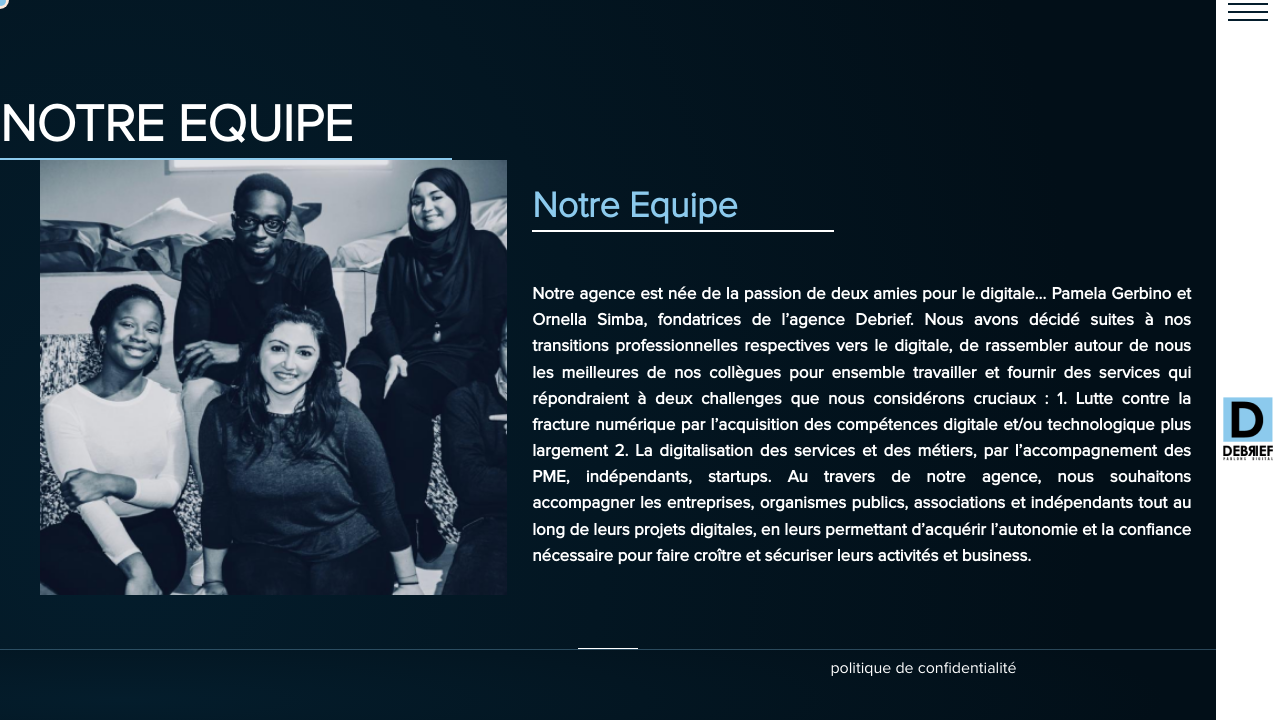
Repository: keloriane/debriefs
Page: /debriefs/a-propos
These files come from the project's save history. The page is drawn as it stood at one moment and after the next save; the edit follows.
The browser window is 1280 px wide. The pictures show the whole page.
The project was rebuilt for these pictures with package versions that can differ from the ones it lists, and the page was loaded fresh each time. Also part of the build but not shown: src/components/Title/Title.jsx, src/components/page/Contact/Contact.jsx, src/components/Nav/Nav.jsx, src/components/page/Home/Home.jsx, src/components/page/Service/Services.jsx, src/components/page/Service/ServiceDetails.jsx, src/components/page/Webinaire/Webinaires.jsx, src/components/page/Techspace/Techspace.jsx and 7 more. Imported but missing from the stored project, and not drawn on this page: src/assets/video/video.mp4.

Above is the page before, as saved 2020-07-28 13:52:33.

After the next save:
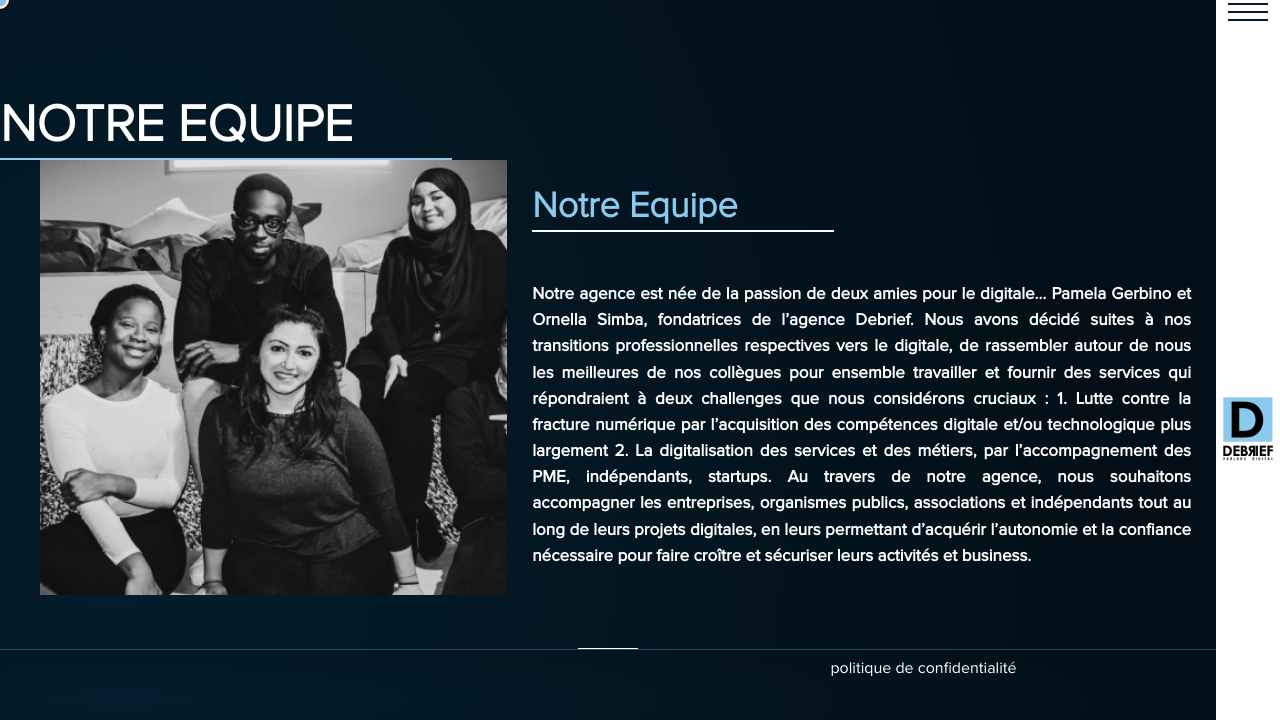
Saved 16 s later.
--- a/src/components/page/Main/main.scss
+++ b/src/components/page/Main/main.scss
@@ -42,7 +42,7 @@
       }
       img{
         height: 100%;
-
+        filter: saturate(0);
         min-height: 400px;
       }
     }
